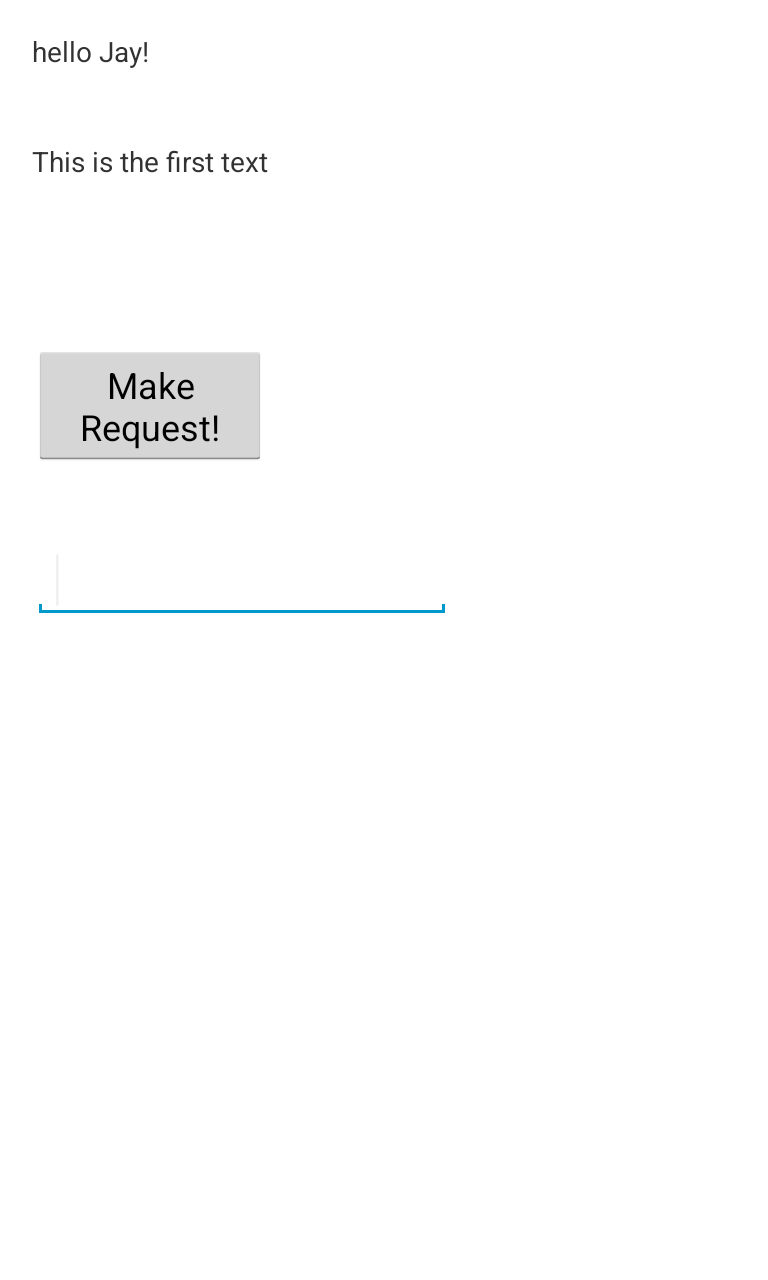
Repository: jay-silesh/ImFree
Layout: Frontend/Android_app/ImFree/res/layout/activity_main.xml
An editor plug-in stored every save of this project. The layout is shown before and after the next save, followed by the edit.
It is drawn on a 768 x 1280 px phone screen (xhdpi) without system bars, with theme AppTheme; the app's code is not run.

Above is the layout before, as saved 2013-08-23 16:39:16.

After the next save:
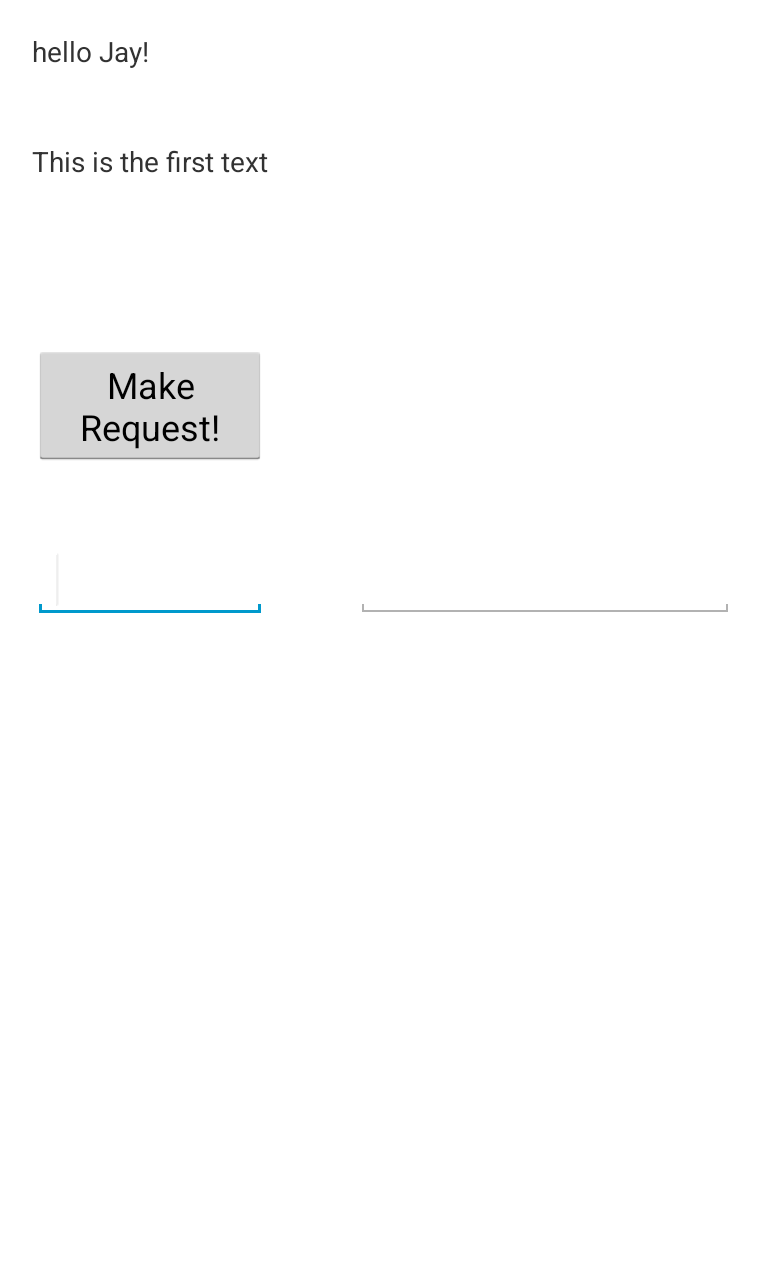
Saved 59 s later.
--- a/Frontend/Android_app/ImFree/res/layout/activity_main.xml
+++ b/Frontend/Android_app/ImFree/res/layout/activity_main.xml
@@ -37,6 +37,7 @@
         android:layout_width="wrap_content"
         android:layout_height="wrap_content"
         android:layout_alignParentLeft="true"
+        android:layout_alignRight="@+id/button1"
         android:layout_below="@+id/button1"
         android:layout_marginTop="37dp"
         android:ems="10" >
@@ -44,4 +45,14 @@
         <requestFocus />
     </EditText>
 
+    <EditText
+        android:id="@+id/editText2"
+        android:layout_width="wrap_content"
+        android:layout_height="wrap_content"
+        android:layout_alignBottom="@+id/editText1"
+        android:layout_marginLeft="43dp"
+        android:layout_toRightOf="@+id/editText1"
+        android:ems="10"
+        android:inputType="number" />
+
 </RelativeLayout>
